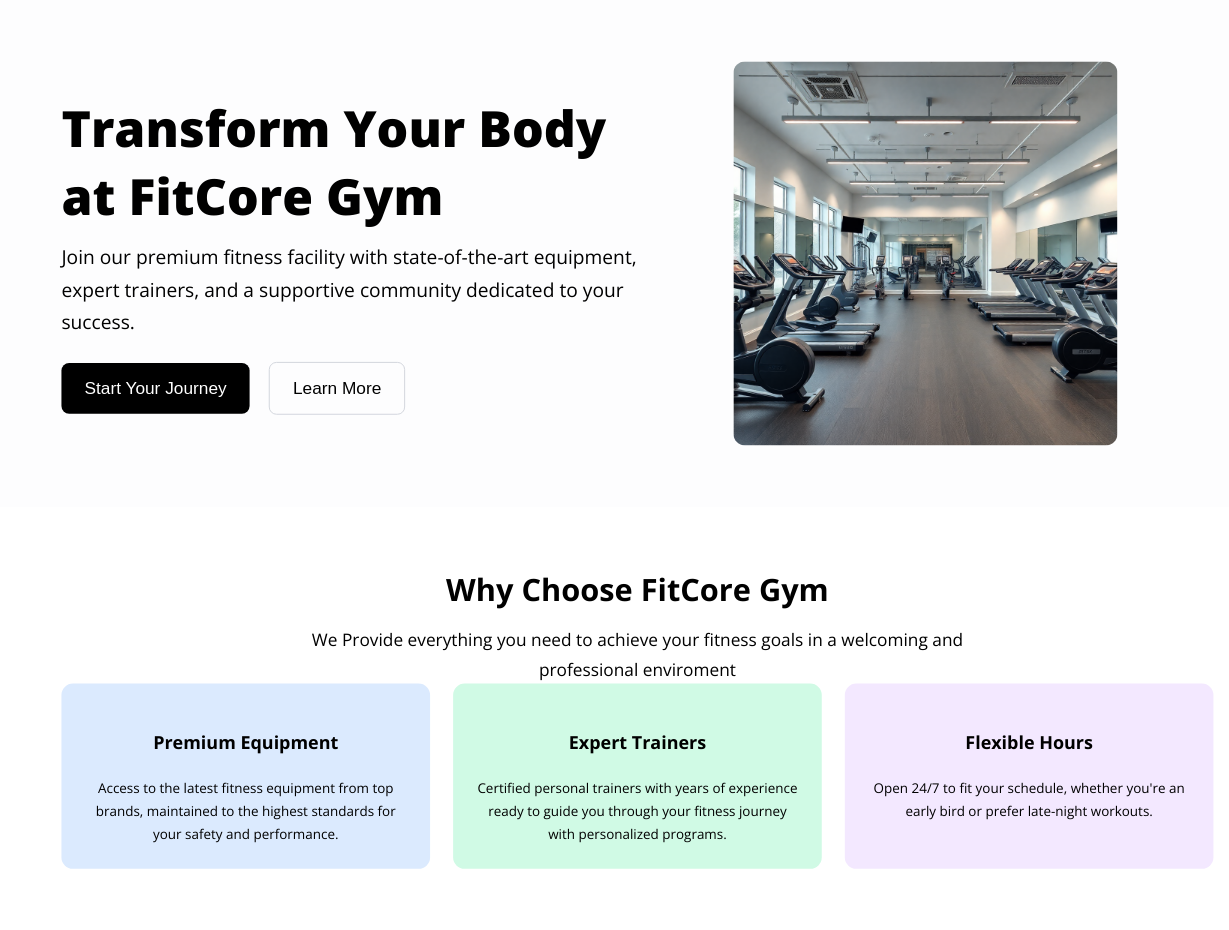
Repository: abdobadawi-ops/Route-Academy-Assignments
Page: Secon Assignment - fit-core-gym/index.html
These files come from the project's save history. The page is drawn as it stood at one moment and after the next save; the edit follows.
The browser window is 1280 px wide. The pictures show the whole page, at 96% of full size.

Above is the page before, as saved 2026-04-28 12:50:51.

After the next save:
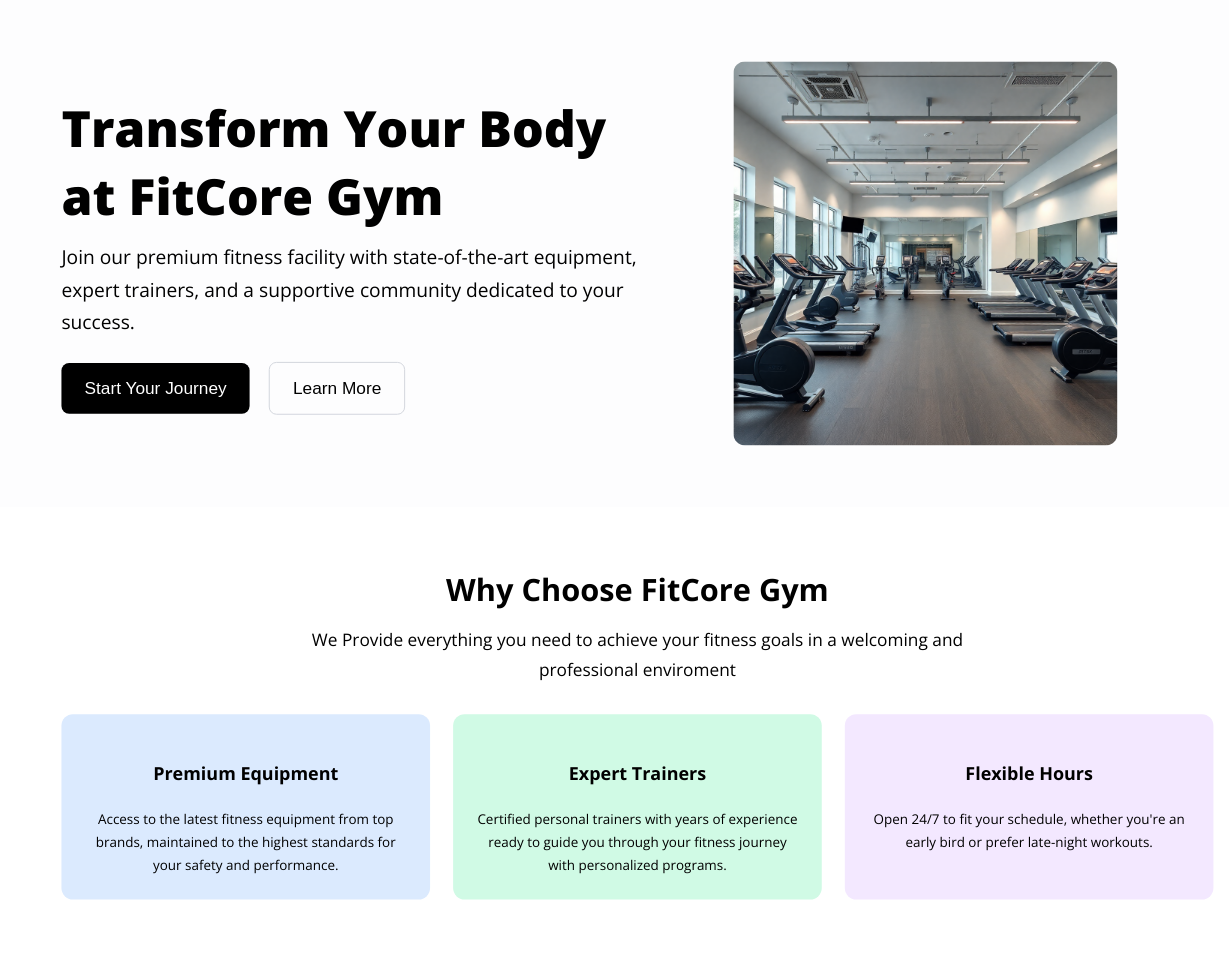
Saved 80 s later.
--- a/Secon Assignment - fit-core-gym/style.css
+++ b/Secon Assignment - fit-core-gym/style.css
@@ -36,6 +36,7 @@ body {
   text-align: center;
   width: 700px;
   margin-inline: auto;
+  margin-bottom: 32px;
 
   h2 {
     font-size: 32px;
